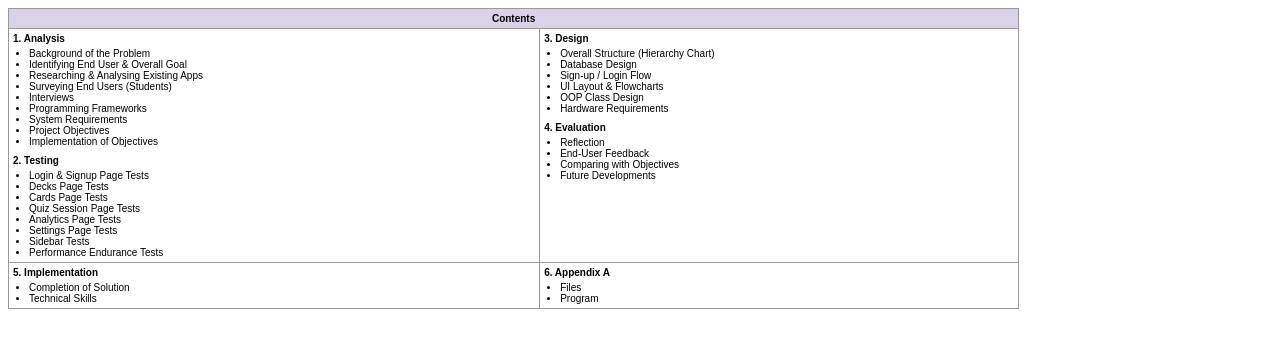
Repository: KetchupEater24/CS-NEA
Page: lol.html
The author's editor kept a copy of each file at every save. The page is drawn from the files as they stood at one save, then again after the next save.
The browser window is 1280 px wide. The pictures show the whole page.

Above is the page before, as saved 2025-04-25 23:24:54.

### lol.html
<table style="width:80%; border-collapse: collapse; font-family: sans-serif; font-size:10px;">
    <thead>
      <tr style="background:#d9d2e9;">
        <th colspan="2" style="padding:4px; border:1px solid #999;">Contents</th>
      </tr>
    </thead>
    <tbody>
      <tr>
        <td style="vertical-align:top; padding:4px; border:1px solid #999;">
          <strong>1. Analysis</strong>
          <ul style="margin:4px 0 8px 16px; padding:0;">
            <li>Background of the Problem</li>
            <li>Identifying End User & Overall Goal</li>
            <li>Researching & Analysing Existing Apps</li>
            <li>Surveying End Users (Students)</li>
            <li>Interviews</li>
            <li>Programming Frameworks</li>
            <li>System Requirements</li>
            <li>Project Objectives</li>
            <li>Implementation of Objectives</li>
          </ul>
          <strong>2. Testing</strong>
          <ul style="margin:4px 0 0 16px; padding:0;">
            <li>Login & Signup Page Tests</li>
            <li>Decks Page Tests</li>
            <li>Cards Page Tests</li>
            <li>Quiz Session Page Tests</li>
            <li>Analytics Page Tests</li>
            <li>Settings Page Tests</li>
            <li>Sidebar Tests</li>
            <li>Performance Endurance Tests</li>
          </ul>
        </td>
        <td style="vertical-align:top; padding:4px; border:1px solid #999;">
          <strong>3. Design</strong>
          <ul style="margin:4px 0 8px 16px; padding:0;">
            <li>Overall Structure (Hierarchy Chart)</li>
            <li>Database Design</li>
            <li>Sign-up / Login Flow</li>
            <li>UI Layout & Flowcharts</li>
            <li>OOP Class Design</li>
            <li>Hardware Requirements</li>
          </ul>
          <strong>4. Evaluation</strong>
          <ul style="margin:4px 0 8px 16px; padding:0;">
            <li>Reflection</li>
            <li>End-User Feedback</li>
            <li>Comparing with Objectives</li>
            <li>Future Developments</li>
          </ul>
        </td>
      </tr>
      <tr>
        <td style="vertical-align:top; padding:4px; border:1px solid #999;">
          <strong>5. Implementation</strong>
          <ul style="margin:4px 0 0 16px; padding:0;">
            <li>Completion of Solution</li>
            <li>Technical Skills</li>
          </ul>
        </td>
        <td style="vertical-align:top; padding:4px; border:1px solid #999;">
          <strong>6. Appendix A</strong>
          <ul style="margin:4px 0 0 16px; padding:0;">
            <li>Files</li>
            <li>Program</li>
          </ul>
        </td>
      </tr>
    </tbody>
  </table>

After the next save:
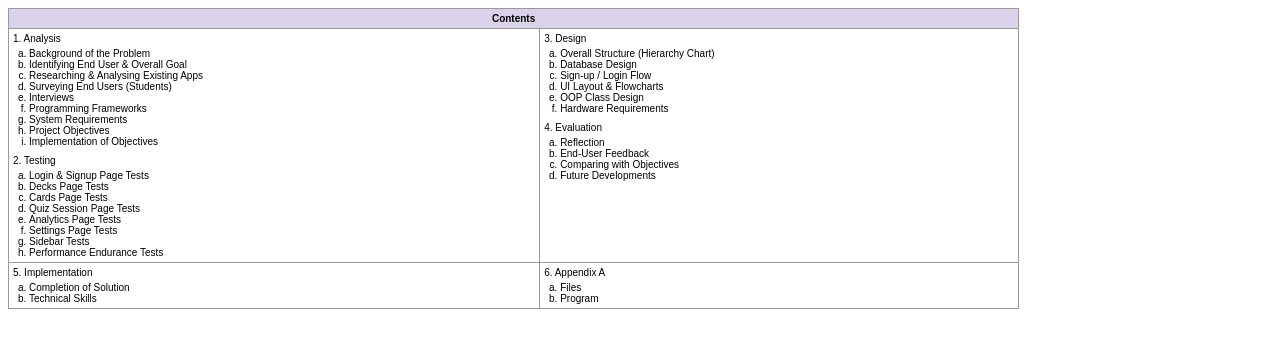
Saved 108 s later.
--- a/lol.html
+++ b/lol.html
@@ -1,27 +1,27 @@
 <table style="width:80%; border-collapse: collapse; font-family: sans-serif; font-size:10px;">
     <thead>
-      <tr style="background:#d9d2e9;">
-        <th colspan="2" style="padding:4px; border:1px solid #999;">Contents</th>
+      <tr style="background-color: #d9d2e9;">
+        <th colspan="2" style="padding:4px; border:1px solid #999; font-weight:bold;">Contents</th>
       </tr>
     </thead>
     <tbody>
       <tr>
         <td style="vertical-align:top; padding:4px; border:1px solid #999;">
-          <strong>1. Analysis</strong>
-          <ul style="margin:4px 0 8px 16px; padding:0;">
+          1. Analysis
+          <ol type="a" style="margin:4px 0 8px 16px; padding:0;">
             <li>Background of the Problem</li>
-            <li>Identifying End User & Overall Goal</li>
-            <li>Researching & Analysing Existing Apps</li>
+            <li>Identifying End User &amp; Overall Goal</li>
+            <li>Researching &amp; Analysing Existing Apps</li>
             <li>Surveying End Users (Students)</li>
             <li>Interviews</li>
             <li>Programming Frameworks</li>
             <li>System Requirements</li>
             <li>Project Objectives</li>
             <li>Implementation of Objectives</li>
-          </ul>
-          <strong>2. Testing</strong>
-          <ul style="margin:4px 0 0 16px; padding:0;">
-            <li>Login & Signup Page Tests</li>
+          </ol>
+          2. Testing
+          <ol type="a" style="margin:4px 0 0 16px; padding:0;">
+            <li>Login &amp; Signup Page Tests</li>
             <li>Decks Page Tests</li>
             <li>Cards Page Tests</li>
             <li>Quiz Session Page Tests</li>
@@ -29,41 +29,41 @@
             <li>Settings Page Tests</li>
             <li>Sidebar Tests</li>
             <li>Performance Endurance Tests</li>
-          </ul>
+          </ol>
         </td>
         <td style="vertical-align:top; padding:4px; border:1px solid #999;">
-          <strong>3. Design</strong>
-          <ul style="margin:4px 0 8px 16px; padding:0;">
+          3. Design
+          <ol type="a" style="margin:4px 0 8px 16px; padding:0;">
             <li>Overall Structure (Hierarchy Chart)</li>
             <li>Database Design</li>
             <li>Sign-up / Login Flow</li>
-            <li>UI Layout & Flowcharts</li>
+            <li>UI Layout &amp; Flowcharts</li>
             <li>OOP Class Design</li>
             <li>Hardware Requirements</li>
-          </ul>
-          <strong>4. Evaluation</strong>
-          <ul style="margin:4px 0 8px 16px; padding:0;">
+          </ol>
+          4. Evaluation
+          <ol type="a" style="margin:4px 0 0 16px; padding:0;">
             <li>Reflection</li>
             <li>End-User Feedback</li>
             <li>Comparing with Objectives</li>
             <li>Future Developments</li>
-          </ul>
+          </ol>
         </td>
       </tr>
       <tr>
         <td style="vertical-align:top; padding:4px; border:1px solid #999;">
-          <strong>5. Implementation</strong>
-          <ul style="margin:4px 0 0 16px; padding:0;">
+          5. Implementation
+          <ol type="a" style="margin:4px 0 0 16px; padding:0;">
             <li>Completion of Solution</li>
             <li>Technical Skills</li>
-          </ul>
+          </ol>
         </td>
         <td style="vertical-align:top; padding:4px; border:1px solid #999;">
-          <strong>6. Appendix A</strong>
-          <ul style="margin:4px 0 0 16px; padding:0;">
+          6. Appendix A
+          <ol type="a" style="margin:4px 0 0 16px; padding:0;">
             <li>Files</li>
             <li>Program</li>
-          </ul>
+          </ol>
         </td>
       </tr>
     </tbody>
